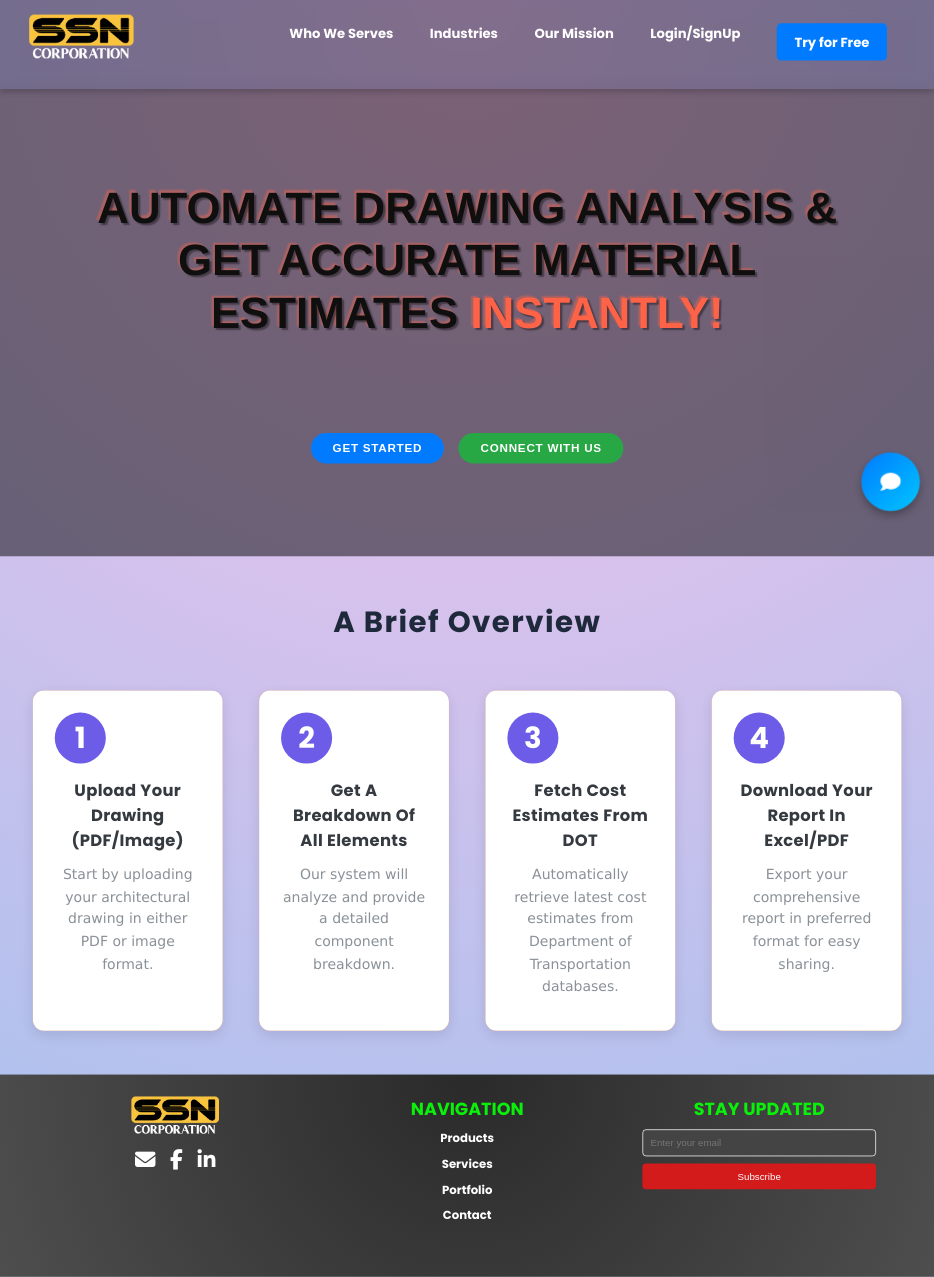
Repository: aabhashbasnet/SSNCorporation
Page: /
These files come from the project's save history. The page is drawn as it stood at one moment and after a run of saves; the edit follows.
The browser window is 1280 px wide. The pictures show the whole page, at 73% of full size.
The project was rebuilt for these pictures with package versions that can differ from the ones it lists, and the page was loaded fresh each time. Also part of the build but not shown: src/pages/OurMission/OurMission.jsx, src/pages/LoginSignUp/LoginSignUp.css, src/pages/LoginSignUp/LoginSignUp.jsx, src/pages/Industries/Industries.jsx, src/pages/Industries/Landscaping.jsx, src/pages/Industries/Paving.jsx, src/pages/Industries/GeneralConstruction.jsx, src/pages/Industries/FacilitiesMaintenance.jsx and 10 more.

Above is the page before, as saved 2025-02-11 15:51:56.

### src/index.css
/* index.css or App.css */
body {
  margin: 0;
  padding: 0;
  font-family: 'Poppins', sans-serif; /* Optional: Add modern typography */
  /* background: linear-gradient(to bottom, #0a192f, #162447); */
  /* background: linear-gradient(to bottom, #0a192f, #004aad); */
  /* background: radial-gradient(circle at top, #00c6ff, #0072ff, #0a192f);
  background: radial-gradient(circle at top, #ff7e5f, #feb47b, #f4f4f4);
  background: radial-gradient(circle at top, #6a11cb, #2575fc);
  background: radial-gradient(circle at top, #ff416c, #ff4b2b); */
  background: radial-gradient(circle at top, #fbc2eb, #a6c1ee);
  /* color: white; Ensures text is readable */
  min-height: 100vh;
}

### src/App.css
.app-container {
  min-height: 100vh;
  display: flex;
  flex-direction: column;
  background-size: cover;
  background-position: center;
}

### src/components/Main/Main.jsx
import React, { useEffect } from "react";
import { useNavigate } from "react-router-dom";
import "./Main.css";

const Main = () => {
  const navigate = useNavigate();

  const handleGetStartedClick = () => {
    // Open the GetStarted component in a new tab
    const newTab = window.open("", "_blank");
    newTab.location.href = "/get-started";
  };

  useEffect(() => {
    // Adding animation to fade in the content
    const content = document.querySelector(".main-content");
    content.classList.add("fade-in");
  }, []);

  return (
    <div className="main-container">
      <div className="background-image">
        <div className="main-content">
          <h1 className="headline">
            Automate Drawing Analysis & Get Accurate Material Estimates{" "}
            <span className="instant">Instantly!</span>
          </h1>
          <p className="description">
            Upload drawings in PDF or image format, extract key elements, and generate material estimates in Excel/PDF with real-time cost insights.
          </p>

          <div className="button-container">
            <button className="button primary" onClick={handleGetStartedClick}>
              Get Started
            </button>
            <button className="button connect">Connect with Us</button>
          </div>
        </div>
      </div>
    </div>
  );
};

export default Main;

### src/components/Working/Working.jsx
import React from 'react';
import './Working.css';


const Working = () => {
  const steps = [
    {
      number: '1',
      title: 'Upload your drawing (PDF/Image)',
      description: 'Start by uploading your architectural drawing in either PDF or image format.'
    },
    {
      number: '2',
      title: 'Get a breakdown of all elements',
      description: 'Our system will analyze and provide a detailed component breakdown.'
    },
    {
      number: '3',
      title: 'Fetch cost estimates from DOT',
      description: 'Automatically retrieve latest cost estimates from Department of Transportation databases.'
    },
    {
      number: '4',
      title: 'Download your report in Excel/PDF',
      description: 'Export your comprehensive report in preferred format for easy sharing.'
    }
  ];

  return (
    <div className="how-it-works-container">
      <h2 className="section-title">A Brief Overview</h2>
      <div className="steps-container">
        {steps.map((step, index) => (
          <div key={index} className="step-card">
            <div className="step-icon">{step.number}</div>
            <h3 className="step-title">{step.title}</h3>
            <p className="step-description">{step.description}</p>
          </div>
        ))}
      </div>
    </div>
  );
};

export default Working;

### src/components/Footer/Footer.jsx
import React from 'react';
import './Footer.css';
import logo from '../../assets/logo.png';

const Footer = () => {
  return (
    <footer className="footer">
      <div className="footer-content"> {/* Container for better layout control */}
        <div className="footer-section">
          <img src={logo} alt="Company Logo" className="logo" />
          <div className="social-links">
            <a href="mailto:info@ssnbuilders.com" aria-label="Email">
              <i className="fas fa-envelope social-icon"></i>
            </a>
            <a href="https://www.facebook.com" aria-label="Facebook" target="_blank" rel="noopener noreferrer">
              <i className="fab fa-facebook-f social-icon"></i>
            </a>
            <a href="https://www.linkedin.com" aria-label="LinkedIn" target="_blank" rel="noopener noreferrer">
              <i className="fab fa-linkedin-in social-icon"></i>
            </a>
          </div>
        </div>

        <div className="footer-section">
          <h4>Navigation</h4>
          <nav>
            <ul className="footer-nav">
              <li><a href="/products">Products</a></li>
              <li><a href="/services">Services</a></li>
              <li><a href="/portfolio">Portfolio</a></li>
              <li><a href="/contact">Contact</a></li>
            </ul>
          </nav>
        </div>

        <div className="footer-section">
          <h4>Stay Updated</h4>
          <div className="newsletter">
            <input
              type="email"
              placeholder="Enter your email"
              className="email-input"
              aria-label="Email for newsletter"
            />
            <button className="subscribe-button">Subscribe</button>
          </div>
        </div>
      </div> {/* Close footer-content */}
    </footer>
  );
}

export default Footer;

### src/components/Main/Main.css
/* Main content styling */
.main-content {
  padding: 50px 20px;
  text-align: center;
  min-height: calc(100vh - 80px);
  display: flex;
  flex-direction: column;
  justify-content: center;
  align-items: center;
  position: relative;
  z-index: 1;
}

/* Gradient overlay */
.main-content:before {
  content: '';
  position: absolute;
  top: 0;
  left: 0;
  right: 0;
  bottom: 0;
  background: rgba(0, 0, 0, 0.5); /* Dark gradient for readability */

  z-index: -1;
}

/* Headline styling with animated underline */
.headline {
  font-family: 'Helvetica', sans-serif;
  font-size: 60px;
  font-weight: bold;
  color: #0f0f0f;
  margin-bottom: 20px;
  line-height: 1.2;
  text-transform: uppercase;
  display: inline-block;
  position: relative;
  max-width: 90%;
  text-shadow: 2px 2px 6px rgba(0, 0, 0, 0.3), 0 0 25px rgba(255, 99, 71, 0.5);
  text-shadow: 3px 3px 2px rgba(0, 0, 0, 0.4), -3px -3px 2px rgba(255, 99, 71, 0.4);


}

.headline .instant {
  color: #ff6347; /* Tomato color */
}

/* Underline animation effect */
.headline:after {
  content: '';
  position: absolute;
  left: 0;
  bottom: -5px;
  width: 0;
  height: 3px;
  background: #ff6347;
  transition: width 0.3s ease;
}

.headline:hover:after {
  width: 100%;
}

/* Description styling */
.description {
  font-size: 18px;
  font-weight: bold;
  color: rgba(179, 11, 11, 0);
  max-width: 800px;
  margin: 0 auto;
  line-height: 1.6;
  margin-bottom: 30px;
}

/* Button container styling */
.button-container {
  display: flex;
  gap: 20px;
  justify-content: center;
  margin-top: 20px;
  flex-wrap: wrap;
  align-items: center;
}

/* Button base styling */
.button {
  padding: 12px 30px;
  font-size: 16px;
  font-weight: bold;
  border: none;
  border-radius: 25px;
  cursor: pointer;
  transition: all 0.3s ease;
  display: inline-block;
  text-transform: uppercase;
  letter-spacing: 1px;
}

/* Default button styling */
.button:hover {
  transform: translateY(-5px);
}

/* "Get Started" button styling */
.button.primary {
  background-color: #007bff;
  color: white;
}

.button.primary:hover {
  background-color: #0056b3;
}

/* "Connect with Us" button styling */
.button.connect {
  background-color: #28a745;
  color: white;
}

.button.connect:hover {
  background-color: #218838;
}

/* Add some responsive styling */
@media (max-width: 768px) {
  .headline {
    font-size: 45px; /* Adjust the headline font size */
  }

  .description {
    font-size: 16px;
    padding: 0 20px;
  }

  .button-container {
    flex-direction: column; /* Stack buttons on mobile */
  }

  .button {
    width: 100%;
    max-width: 300px;
    margin: 10px 0;
  }
}

### src/components/Working/Working.css
/* Working.css */

/* Container for the whole section */
.how-it-works-container {
    padding: 60px 20px;
    /* background-color: #f1f4f9; */
    text-align: center;
  }

  .section-title {
    font-size: 3rem;
    font-weight: bold;
    color: #343a40;
    margin-bottom: 40px;
    /* text-transform: uppercase; */
    letter-spacing: 2px;
    animation: fadeIn 1s ease-out;
  }

  /* Flexbox container for the cards */
  .steps-container {
    display: flex;
    justify-content: center;
    gap: 50px;
    flex-wrap: wrap;
    animation: fadeInUp 1s ease-out;
  }

  /* Individual step cards */
  .step-card {
    background-color: #fff;
    border-radius: 15px;
    box-shadow: 0 6px 18px rgba(0, 0, 0, 0.1);
    padding: 30px;
    width: 260px;
    transition: transform 0.4s ease, box-shadow 0.4s ease;
    cursor: pointer;
    position: relative;
    overflow: hidden;
    text-align: center;
  }

  .step-card:hover {
    transform: translateY(-10px);
    box-shadow: 0 12px 30px rgba(0, 0, 0, 0.15);
  }

  .step-card::before {
    content: "";
    position: absolute;
    top: 50%;
    left: 50%;
    width: 200%;
    height: 200%;
    background: linear-gradient(45deg, #ff6f61, #f79c42, #6c5ce7);
    z-index: -1;
    animation: expand 3s ease-out infinite;
    transform: translate(-50%, -50%);
  }

  /* Step icon circle */
  .step-icon {
    font-size: 2.5rem;
    font-weight: bold;
    color: #fff;
    background-color: #6c5ce7;
    width: 70px;
    height: 70px;
    border-radius: 50%;
    display: flex;
    align-items: center;
    justify-content: center;
    margin-bottom: 20px;
    transition: transform 0.3s ease;
  }

  .step-card:hover .step-icon {
    transform: scale(1.1);
  }

  /* Title style for each step */
  .step-title {
    font-size: 1.4rem;
    font-weight: 600;
    color: #343a40;
    margin-bottom: 15px;
    text-transform: capitalize;
    letter-spacing: 0.5px;
    transition: color 0.3s ease;
  }

  .step-card:hover .step-title {
    color: #6c5ce7;
  }

  /* Description under each title */
  .step-description {
    font-size: 1.2rem;
    font-family: 'Lucida Sans', 'Lucida Sans Regular', 'Lucida Grande', 'Lucida Sans Unicode', Geneva, Verdana, sans-serif;
    font-weight: 500;
    color: #6c757d;
    line-height: 1.6;
    padding-bottom: 15px;
    opacity: 0.8;
    transition: opacity 0.3s ease;
  }

  .step-card:hover .step-description {
    opacity: 1;
    color: #2f353b;
  }

  /* Hover animations for smooth effects */
  @keyframes fadeIn {
    from {
      opacity: 0;
      transform: translateY(-20px);
    }
    to {
      opacity: 1;
      transform: translateY(0);
    }
  }

  @keyframes fadeInUp {
    from {
      opacity: 0;
      transform: translateY(20px);
    }
    to {
      opacity: 1;
      transform: translateY(0);
    }
  }

  @keyframes expand {
    0% {
      transform: translate(-50%, -50%) scale(1);
    }
    50% {
      transform: translate(-50%, -50%) scale(1.2);
    }
    100% {
      transform: translate(-50%, -50%) scale(1);
    }
  }

  /* Mobile responsiveness */
  @media (max-width: 768px) {
    .steps-container {
      flex-direction: column;
      align-items: center;
    }

    .step-card {
      width: 90%;
      margin-bottom: 30px;
    }
  }

### src/components/Footer/Footer.css
.footer {
  background-color: #333;
  background: radial-gradient(circle at top, #2a2a2a, #4e4e4e);
  color: white;
  padding: 30px;
}

.footer-content {
  display: flex;
  flex-wrap: wrap;
  justify-content: space-around;
  max-width: 1200px;
  margin: 0 auto;
  align-items: stretch; /* Ensure all sections stretch evenly */
}

.footer-section {
  flex: 1 1 30%;
  margin-bottom: 2rem; /* Use rem for consistent scaling */
  text-align: center;
}

.logo {
  width: 120px;
  height: auto;
  margin-bottom: 15px;
}

.social-links {
  display: flex;
  justify-content: center;
  gap: 20px;
}

.social-icon {
  font-size: 28px;
  color: white;
  transition: color 0.3s ease;
}

.social-icon:hover {
  transform: scale(1.5);
  color: #ff6347; /* Change hover color to match the button theme */
}

.social-icon:focus {
  outline: 2px solid #ff6347; /* Focus state for better accessibility */
}

.footer-section h4 {
  font-size: 1.5rem; /* Scalable font size */
  font-weight: bold;
  margin-bottom: 10px;
  color: rgb(11, 240, 11);
  text-transform: uppercase;
}

.footer-nav {
  list-style: none;
  padding: 0;
  margin: 0;
}

.footer-nav li {
  margin-bottom: 10px;
}

.footer-nav a {
  font-size: 1rem;
  color: hsl(0, 0%, 100%);
  text-decoration: none;
  transition: color 0.3s ease;
}

.footer-nav a:hover {
  color: #0e76a8;
  transform: translate(5px);
}

.footer-nav a:focus {
  outline: 2px solid #ff6347; /* Focus state for better accessibility */
}

.newsletter {
  display: flex;
  flex-direction: column;
  align-items: center;
}

.email-input {
  padding: 10px;
  border: 1px solid #fff;
  border-radius: 5px;
  width: 80%;
  margin-bottom: 10px;
  background-color: #444;
  color: white;
  transition: background-color 0.3s ease;
}

.email-input:focus {
  background-color: #555; /* Lighter background when focused */
}

.subscribe-button {
  padding: 10px 20px;
  background-color: #d31b1b;
  color: white;
  border: none;
  border-radius: 5px;
  cursor: pointer;
  transition: all 0.3s ease;
  width: 80%;
}

.subscribe-button:hover {
  background-color: #b91b1b;
  transform: scale(1.05); /* Slightly enlarge on hover */
}

@media screen and (max-width: 768px) {
  .footer-section {
    flex: 1 1 100%; /* Full width on mobile */
    margin-bottom: 20px;
  }

  .newsletter {
    flex-direction: column;
    align-items: center;
  }

  .email-input,
  .subscribe-button {
    width: 100%; /* Full width input and button */
  }

  .footer-nav li {
    margin-bottom: 5px; /* Reduce margin between links */
  }

  .social-icon {
    font-size: 24px; /* Smaller social icons on mobile */
  }
}

### src/pages/Industries/Industries.css
/* Import Poppins font */
@import url('https://fonts.googleapis.com/css2?family=Poppins:wght@700&display=swap');

.industries-container {
  padding: 5rem 1rem;
}

.industries-title {
  font-family: Arial, Helvetica, sans-serif;
  text-align: center;
  font-size: 2.9rem;
  color: #1f2937;
  margin-bottom: 1rem;
  font-weight: 1000;
}

.industries-subtitle {
  text-align: center;
  color: #4b5563;
  font-size: 1.125rem;
  max-width: 800px;
  margin: 0 auto 3rem;
  line-height: 1.6;
}

.industries-grid {
  display: grid;
  gap: 2rem;
  grid-template-columns: 1fr;
}

.industry-card {
  background: white;
  padding: 2.5rem;
  border-radius: 1rem;
  box-shadow: 0 4px 6px -1px rgba(0, 0, 0, 0.1);
  transition: transform 0.3s ease, box-shadow 0.3s ease;
}

.industry-card:hover {
  transform: translateY(-5px);
  box-shadow: 0 10px 15px -3px rgba(0, 0, 0, 0.1);
}

.icon-container {
  width: 60px;
  height: 60px;
  border-radius: 50%;
  display: flex;
  align-items: center;
  justify-content: center;
  margin-bottom: 1.5rem;
}

.industry-icon {
  font-size: 2.5rem;
  color: white;
}

.industry-title {
  color: #1f2937;
  font-size: 1.5rem;
  margin: 1.5rem 0 1rem;
  font-weight: 600;
}

.industry-description {
  color: #4b5563;
  line-height: 1.6;
  margin-bottom: 1.5rem;
}

.learn-more-btn {
  color: #3b82f6;
  text-decoration: none;
  font-weight: 500;
  display: inline-flex;
  align-items: center;
  gap: 0.5rem;
  transition: color 0.3s ease;
}

.learn-more-btn:hover {
  color: #2563eb;
}

@media (min-width: 768px) {
  .industries-grid {
    grid-template-columns: repeat(2, 1fr);
  }
}

@media (min-width: 1024px) {
  .industries-grid {
    grid-template-columns: repeat(4, 1fr);
  }

  .industries-title {
    font-size: 3rem;
  }

  .industries-subtitle {
    font-size: 1.25rem;
  }
}

### src/pages/Industries/FacilitiesMaintainance.css
/* Reset and base styles */
* {
  margin: 0;
  padding: 0;
  box-sizing: border-box;
}

body {
  background-color: #f5f7fa;
}

/* General section styling */
section {
  padding: 4rem 2rem;
  max-width: 1200px;
  margin: 0 auto;
}

/* Overview section */
.overview-section {
  display: flex;
  gap: 3rem;
  align-items: center;
  min-height: 80vh;
  background: linear-gradient(135deg, #e8f4fd 0%, #f5f7fa 100%);
  border-radius: 20px;
  margin: 2rem auto;
}

.overview-text {
  flex: 1;
}

.overview-text h1 {
  font-size: 3rem;
  margin-bottom: 1.5rem;
  color: #2c3e50;
  line-height: 1.2;
  font-weight: 700;
}

.overview-text p {
  font-size: 1.1rem;
  line-height: 1.6;
  color: #5a6c7d;
  margin-bottom: 1.5rem;
}

.overview-image {
  flex: 1;
  position: relative;
}

.overview-image img {
  width: 100%;
  height: auto;
  border-radius: 15px;
  box-shadow: 0 20px 40px rgba(0, 0, 0, 0.1);
}

/* Features and Benefits section */
.features-benefits {
  background: linear-gradient(135deg, #f5f7fa 0%, #e8f4fd 100%);
  text-align: center;
  padding: 5rem 2rem;
  border-radius: 20px;
  margin: 2rem auto;
}

.features-benefits h2 {
  font-size: 2.5rem;
  color: #2c3e50;
  margin-bottom: 3rem;
  font-weight: 700;
}

.feature-card {
  background: rgba(255, 255, 255, 0.9);
  padding: 2rem;
  border-radius: 10px;
  box-shadow: 0 10px 20px rgba(0, 0, 0, 0.05);
  transition: transform 0.3s ease;
  text-align: center;
}

.feature-card:hover {
  transform: translateY(-5px);
  background: rgba(255, 255, 255, 0.95);
  box-shadow: 0 15px 30px rgba(0, 0, 0, 0.1);
}

.feature-card i {
  font-size: 2.5rem;
  margin-bottom: 1rem;
}

.feature-card h3 {
  font-size: 1.5rem;
  color: #2c3e50;
  margin-bottom: 1rem;
  font-weight: 600;
}

.feature-card p {
  color: #5a6c7d;
  line-height: 1.5;
}

/* CTA section */
.cta-section {
  text-align: center;
  background: linear-gradient(135deg, #3498db, #2980b9);
  color: white;
  border-radius: 15px;
  margin: 2rem auto;
  padding: 4rem 2rem;
  box-shadow: 0 15px 30px rgba(41, 128, 185, 0.2);
}

.cta-section h2 {
  font-size: 2.5rem;
  margin-bottom: 1.5rem;
  font-weight: 700;
}

.cta-section p {
  font-size: 1.2rem;
  margin-bottom: 2rem;
  max-width: 600px;
  margin-left: auto;
  margin-right: auto;
  line-height: 1.6;
}

.cta-button {
  display: inline-block;
  padding: 1rem 2rem;
  font-size: 1.2rem;
  font-weight: 600;
  text-decoration: none;
  color: white;
  background: linear-gradient(135deg, #28a745, #218838);
  border-radius: 30px;
  transition: all 0.3s ease;
  cursor: pointer;
  border: 2px solid transparent;
  box-shadow: 0 4px 15px rgba(40, 167, 69, 0.2);
}

.cta-button:hover {
  transform: scale(1.05);
  box-shadow: 0 6px 20px rgba(40, 167, 69, 0.3);
  background: linear-gradient(135deg, #218838, #28a745);
  color: white;
  border-color: rgba(255, 255, 255, 0.2);
}

/* Responsive Design */
@media (max-width: 1024px) {
  .features-grid {
      grid-template-columns: repeat(2, 1fr);
  }
}

@media (max-width: 768px) {
  .overview-section {
      flex-direction: column;
      text-align: center;
  }

  .overview-text h1 {
      font-size: 2.5rem;
  }

  .features-grid {
      grid-template-columns: 1fr;
  }

  .cta-section h2 {
      font-size: 2rem;
  }
}

@media (max-width: 480px) {
  section {
      padding: 2rem 1rem;
  }

  .overview-text h1 {
      font-size: 2rem;
  }

  .features-benefits h2 {
      font-size: 2rem;
  }

  .feature-card {
      margin: 0;
  }

  .cta-button {
      width: 90%;
      max-width: 300px;
  }
}

Loaded but not shown: public/index.html (common file); src/index.js (common file); src/reportWebVitals.js (common file); src/App.js (63 lines, source omitted); src/components/FloatingChatButton/FloatingChatButton.jsx (177 lines, source omitted); src/components/FloatingChatButton/FloatingChatButton.css (285 lines, source omitted); src/components/Navbar/Navbar.jsx (138 lines, source omitted); src/components/Navbar/Navbar.css (231 lines, source omitted); src/pages/Industries/Paving.css (214 lines, source omitted); src/pages/Industries/Landscaping.css (213 lines, source omitted); src/pages/OurMission/OurMission.css (228 lines, source omitted); src/pages/Industries/GeneralConstruction.css (205 lines, source omitted)

After the next 8 saves:
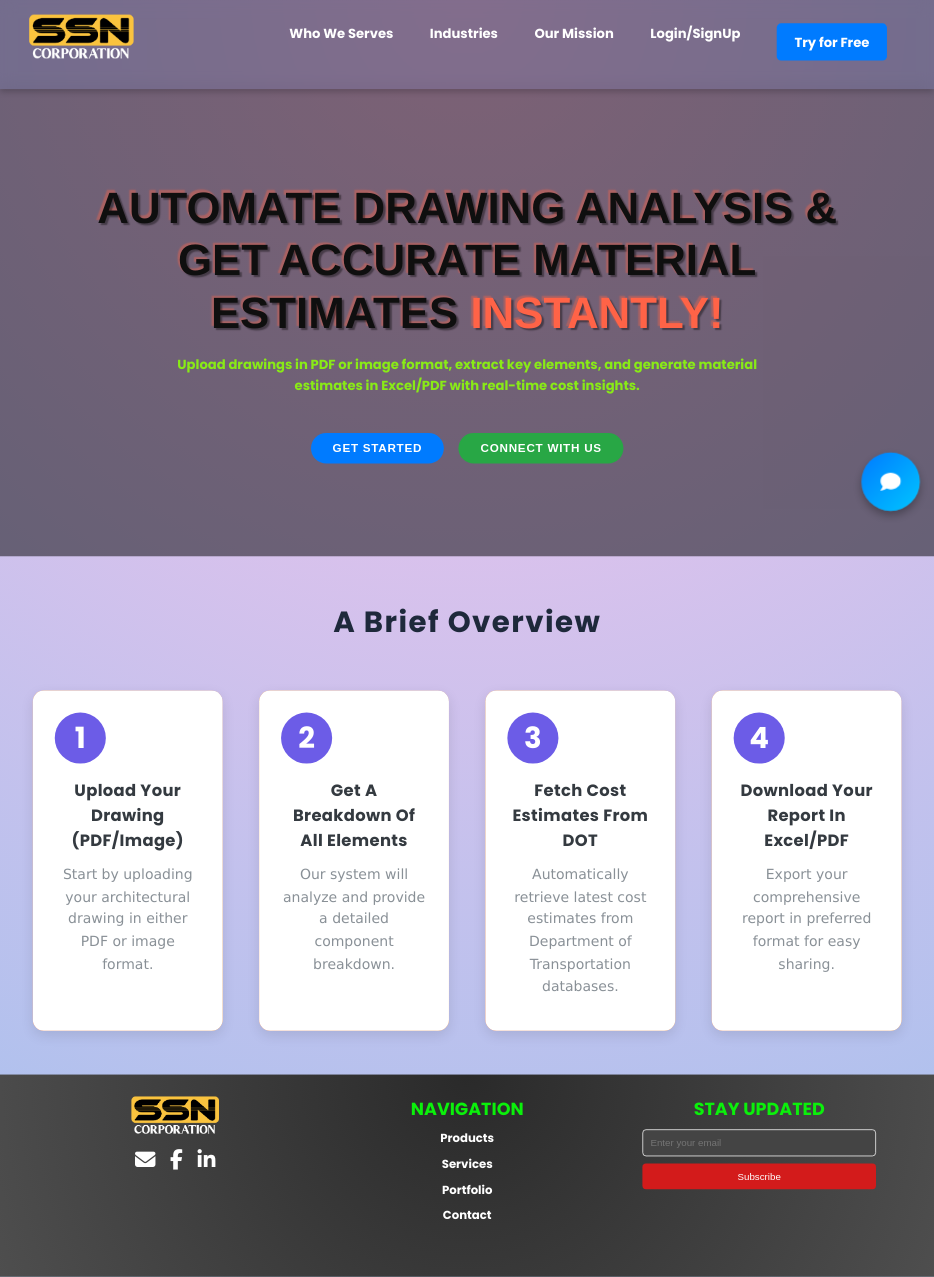
The 8 saves are shown as one change because they came seconds apart.
The last was saved 19 s later.
--- a/src/components/Main/Main.css
+++ b/src/components/Main/Main.css
@@ -66,7 +66,7 @@
 .description {
   font-size: 18px;
   font-weight: bold;
-  color: rgba(179, 11, 11, 0);
+  color: rgba(139, 253, 9, 0.884);
   max-width: 800px;
   margin: 0 auto;
   line-height: 1.6;
